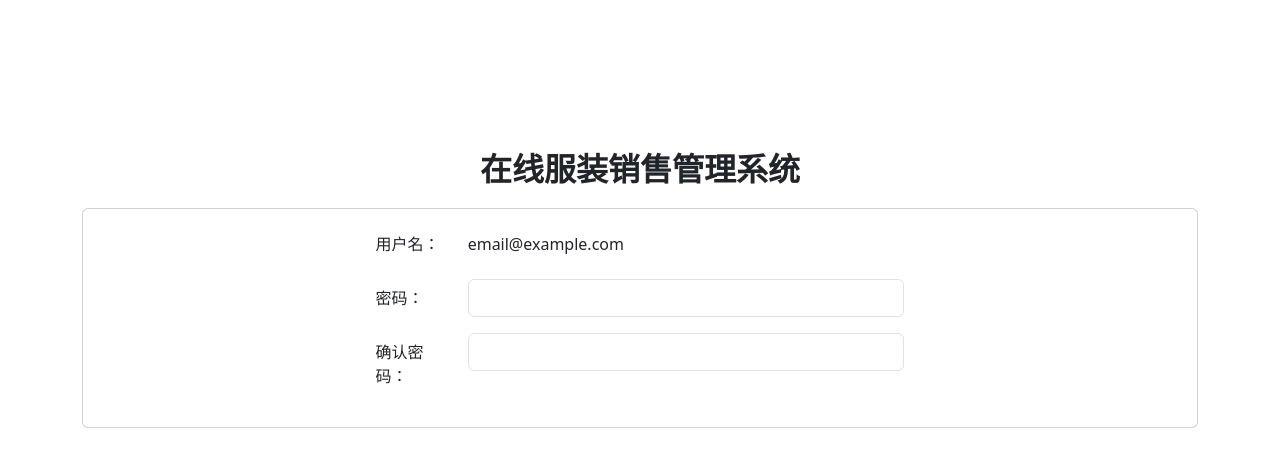
Repository: squawktop/CFS
Page: /user/register (app in web/)
An editor plug-in stored every save of this project. The page is shown before and after the next save, followed by the edit.
The browser window is 1280 px wide. The pictures show the whole page.
The project was rebuilt for these pictures with package versions that can differ from the ones it lists, and the page was loaded fresh each time. Also part of the build but not shown: web/vue.config.js, web/src/views/LoginView.vue, web/src/components/NavBar.vue, web/src/views/HomeView.vue, web/src/views/UsersManageView.vue, web/src/views/PersonalCenterView.vue, web/src/views/GoodsManageView.vue, web/src/views/OrdersManageView.vue and 1 more.

Above is the page before, as saved 2024-03-23 18:45:53.

After the next save:
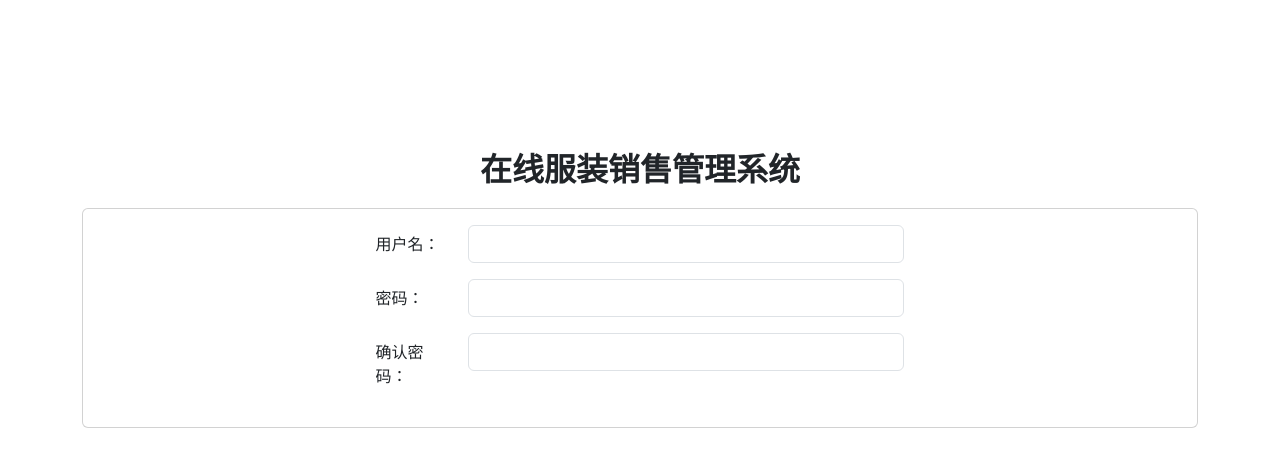
Saved 21 s later.
--- a/web/src/views/RegisterView.vue
+++ b/web/src/views/RegisterView.vue
@@ -27,8 +27,7 @@
                         <div class="mb-3 row">
                             <label for="staticEmail" class="col-sm-2 col-form-label">用户名：</label>
                             <div class="col-sm-10">
-                                <input type="text" readonly class="form-control-plaintext" id="staticEmail"
-                                    value="email@example.com">
+                                <input type="password" class="form-control" id="inputPassword">
                             </div>
                         </div>
                         <div class="mb-3 row">
